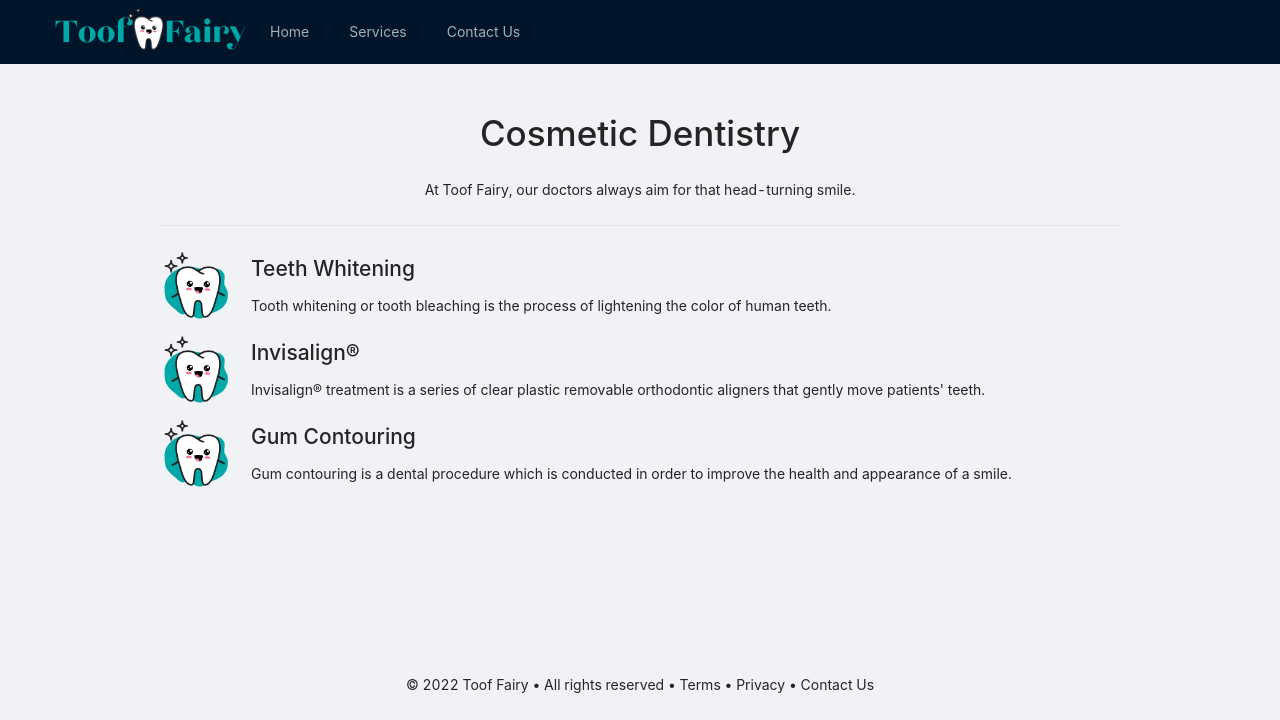
Repository: neldad1/dentist-app
Page: /cosmetic
The author's editor kept a copy of each file at every save. The page is drawn from the files as they stood at one save, then again after the next save.
The browser window is 1280 px wide. The pictures show the whole page.
The project was rebuilt for these pictures with package versions that can differ from the ones it lists, and the page was loaded fresh each time. Also part of the build but not shown: src/components/Home.jsx, src/components/Contact.jsx, src/components/Services/Restorative.jsx, src/components/Services/Preventative.jsx.

Above is the page before, as saved 2022-03-09 23:31:28.

### public/index.html
<!DOCTYPE html>
<html lang="en">
  <head>
    <meta charset="utf-8" />
    <link rel="ico" href="%PUBLIC_URL%/tfLogo512.svg" />
    <meta name="viewport" content="width=device-width, initial-scale=1" />
    <meta name="theme-color" content="#000000" />
    <meta
      name="description"
      content="Web site created using create-react-app"
    />
    <link rel="apple-touch-icon" href="%PUBLIC_URL%/tfLogo192.png" />
    <!--
      manifest.json provides metadata used when your web app is installed on a
      user's mobile device or desktop. See https://developers.google.com/web/fundamentals/web-app-manifest/
    -->
    <link rel="manifest" href="%PUBLIC_URL%/manifest.json" />
    <!--
      Notice the use of %PUBLIC_URL% in the tags above.
      It will be replaced with the URL of the `public` folder during the build.
      Only files inside the `public` folder can be referenced from the HTML.

      Unlike "/favicon.ico" or "favicon.ico", "%PUBLIC_URL%/favicon.ico" will
      work correctly both with client-side routing and a non-root public URL.
      Learn how to configure a non-root public URL by running `npm run build`.
    -->
    <title>Toof Fairy</title>
  </head>
  <body>
    <noscript>You need to enable JavaScript to run this app.</noscript>
    <div id="root"></div>
    <!--
      This HTML file is a template.
      If you open it directly in the browser, you will see an empty page.

      You can add webfonts, meta tags, or analytics to this file.
      The build step will place the bundled scripts into the <body> tag.

      To begin the development, run `npm start` or `yarn start`.
      To create a production bundle, use `npm run build` or `yarn build`.
    -->
  </body>
</html>

### src/index.js
import React from 'react';
import ReactDOM from 'react-dom';
import './index.css';
import App from './App';
import reportWebVitals from './reportWebVitals';

ReactDOM.render(
  //<React.StrictMode>
  <App />,
  //</React.StrictMode>,
  document.getElementById('root')
);

// If you want to start measuring performance in your app, pass a function
// to log results (for example: reportWebVitals(console.log))
// or send to an analytics endpoint. Learn more: https://bit.ly/CRA-vitals
reportWebVitals();

### src/App.js
import { BrowserRouter } from 'react-router-dom';
import './App.css';
import 'antd/dist/antd.min.css';
import Navigation from './components/Router/Navigation';
import AppRoutes from './components/Router/AppRoutes';
import { Layout } from 'antd';
import HeaderLogo from './components/HeaderLogo';
const { Header, Footer, Content } = Layout;

function App() {
  return (
    <Layout className="layout">
      <BrowserRouter>
        <Header>
          <HeaderLogo />
          <Navigation />
        </Header>
        <Content>
          <AppRoutes />
        </Content>
      </BrowserRouter>
      <Footer className="footer">
        © 2022 Toof Fairy • All rights reserved • Terms • Privacy • Contact Us
      </Footer>
    </Layout>
  );
}

export default App;

### src/App.css
h1 {
  font-size: 2.5em;
}

.layout {
  height: 100vh;
  width: 100vw;
  text-align: center;
}

.navigation {
  background-color: inherit;;
}

.logo {
  width: 200px;
  height: 50px;
  float: left;
  margin-top: 4px;
}

.footer {
  color: white;
}

.intro-wrapper {
  text-align: center;
}

.home {
  width: 100%;
  height: 100%;
  display: flex;
  justify-content: center;
  align-items: center;
  background-image: url('/public/tfBackground.jpg');
  background-size: cover;
  background-repeat: no-repeat;
}

.content-wrapper {
  width: 50%;
  font-family: 'Segoe UI', sans-serif;
  margin-left: 10em;
  color: whitesmoke;
  display: block;
}
.tagline1 {
  font-weight: bolder;
  font-size: 2em;
  margin: 0;
  line-height: 1;
}

.contact-form {
  text-align: left;
}

.main-content {
  width: 75%;
  height: 100%;
  overflow-y: scroll;
  display: block;
  margin: 3em auto;
  @media only screen and (max-width: 768px) {
    width: 100%;
    margin: 0.5em;
  }
}

.service-info {
  display: flex;
  text-align: left;
  margin-bottom: 1em;
  align-items: center;
}

.service-definition {
  margin-left: 1.5em;
}

### src/components/Router/Navigation.jsx
import { Link } from 'react-router-dom';
import { Menu } from 'antd';
const { SubMenu } = Menu;

const Navigation = () => {
  return (
    <Menu mode="horizontal" theme="dark">
      <Menu.Item key="home">
        <span>Home</span>
        <Link to="/" />
      </Menu.Item>
      <SubMenu key="subMenu" title="Services">
        <Menu.Item key="cosmetic">
          <span>Cosmetic</span>
          <Link to="/cosmetic" />
        </Menu.Item>
        <Menu.Item key="restore">
          <span>Restorative</span>
          <Link to="/restorative" />
        </Menu.Item>
        <Menu.Item key="prevent">
          <span>Preventative</span>
          <Link to="/preventative" />
        </Menu.Item>
      </SubMenu>
      <Menu.Item key="contact">
        <span>Contact Us</span>
        <Link to="/contact" />
      </Menu.Item>
    </Menu>
  );
};

export default Navigation;

### src/components/Router/AppRoutes.jsx
import { Route, Routes } from 'react-router-dom';
import Home from '../Home';
import Contact from '../Contact';
import Cosmetic from '../Services/Cosmetic';
import Restorative from '../Services/Restorative';
import Preventative from '../Services/Preventative';

const AppRoutes = () => {
  return (
    <Routes>
      <Route exact path="/" element={<Home />} />
      <Route path="/cosmetic" element={<Cosmetic />} />
      <Route path="/restorative" element={<Restorative />} />
      <Route path="/preventative" element={<Preventative />} />
      <Route path="/contact" element={<Contact />} />
    </Routes>
  );
};

export default AppRoutes;

### src/components/HeaderLogo.jsx
import { Link } from 'react-router-dom';

const HeaderLogo = () => {
  return (
    <Link to="/">
      <img className="logo" src={require('../tfLogo.png')} alt="TF" />
    </Link>
  );
};

export default HeaderLogo;

### src/components/Services/Cosmetic.jsx
import { Divider } from 'antd';
import ToofImg from './ToofImg';

const Cosmetic = () => {
  return (
    <div className="main-content">
      <div>
        <h1>Cosmetic Dentistry</h1>
        <p>
          At Toof Fairy, our doctors always aim for that head-turning smile.
        </p>
      </div>
      <Divider />
      <div className="service-info">
        <ToofImg />
        <div className="service-definition">
          <h2>Teeth Whitening</h2>
          <span>
            Tooth whitening or tooth bleaching is the process of lightening the
            color of human teeth.
          </span>
        </div>
      </div>
      <div className="service-info">
        <ToofImg />
        <div className="service-definition">
          <h2>Invisalign®</h2>
          <span>
            Invisalign® treatment is a series of clear plastic removable
            orthodontic aligners that gently move patients' teeth.{' '}
          </span>
        </div>
      </div>
      <div className="service-info">
        <ToofImg />
        <div className="service-definition">
          <h2>Gum Contouring</h2>
          <span>
            Gum contouring is a dental procedure which is conducted in order to
            improve the health and appearance of a smile.{' '}
          </span>
        </div>
      </div>
    </div>
  );
};

export default Cosmetic;

### src/components/Services/ToofImg.jsx
import { Image } from 'antd';

const ToofImg = () => {
  return (
    <div>
      <Image
        width={70}
        preview={false}
        src={require('../../toof.png')}
        alt="toof"
      />
    </div>
  );
};

export default ToofImg;

Loaded but not shown: src/index.css (common file); src/reportWebVitals.js (common file)

After the next save:
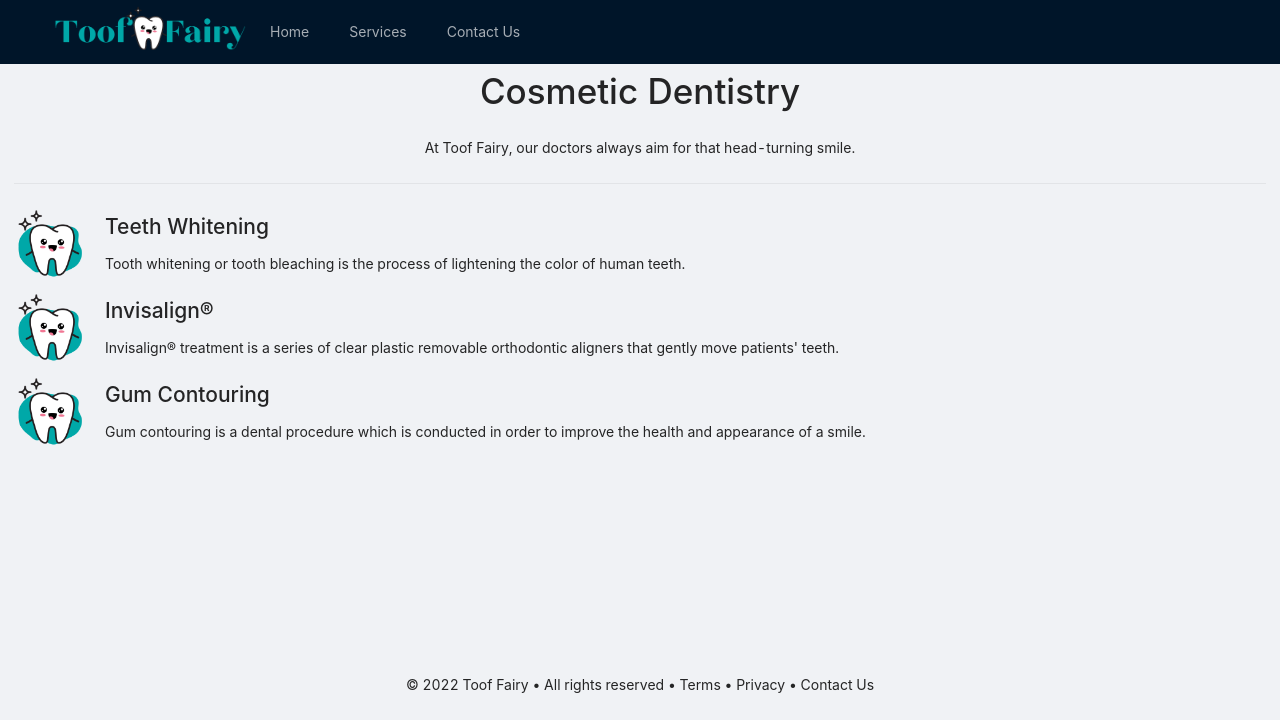
Saved 6 min 4 s later.
--- a/src/App.css
+++ b/src/App.css
@@ -57,11 +57,10 @@ h1 {
 }
 
 .main-content {
-  width: 75%;
   height: 100%;
   overflow-y: scroll;
   display: block;
-  margin: 3em auto;
+  margin: 0 1em;
   @media only screen and (max-width: 768px) {
     width: 100%;
     margin: 0.5em;
